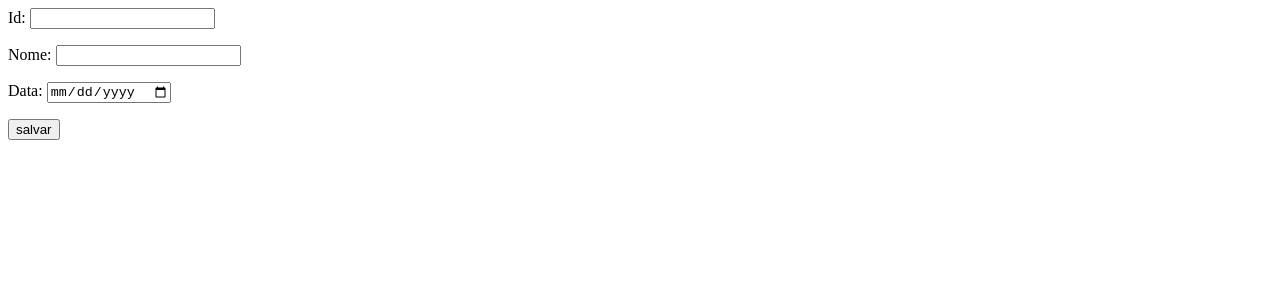
Repository: Andrepeduti/Spring-Tool
Page: workspace-sts-3.9.12.RELEASE/service-api-1-dia/src/main/resources/index.html
The author's editor kept a copy of each file at every save. The page is drawn from the files as they stood at one save, then again after the next save.
The browser window is 1280 px wide. The pictures show the whole page.
The page's requests for data from a server got no answer. Some web libraries are served in a nearby version.

Above is the page before, as saved 2020-10-07 16:33:56.

After the next save:
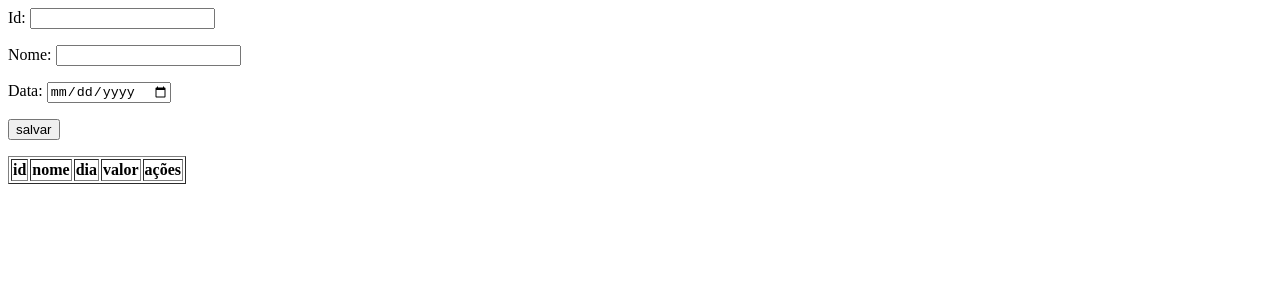
Saved 13 min 32 s later.
--- a/workspace-sts-3.9.12.RELEASE/service-api-1-dia/src/main/resources/index.html
+++ b/workspace-sts-3.9.12.RELEASE/service-api-1-dia/src/main/resources/index.html
@@ -18,8 +18,23 @@
 
 
             </form>
+  <table border = "1">
+  <tr>
+  <th>id</th>
+  <th>nome</th>
+  <th>dia</th>
+  <th>valor</th>
+  <th>ações</th>
 
+  </tr>
+  <tr ng-repeat="servico in servicos">
+  <td>{{servicos.id}}</td>
+  <td>{{servicos.nome}}</td>
+  <td>{{servicos.data}}</td>
+  <td>Não definido!</td>
+  <td>editar | excluir</td>
+  </tr>
+  </table>
     </div>
-
 </body>
 </html>
